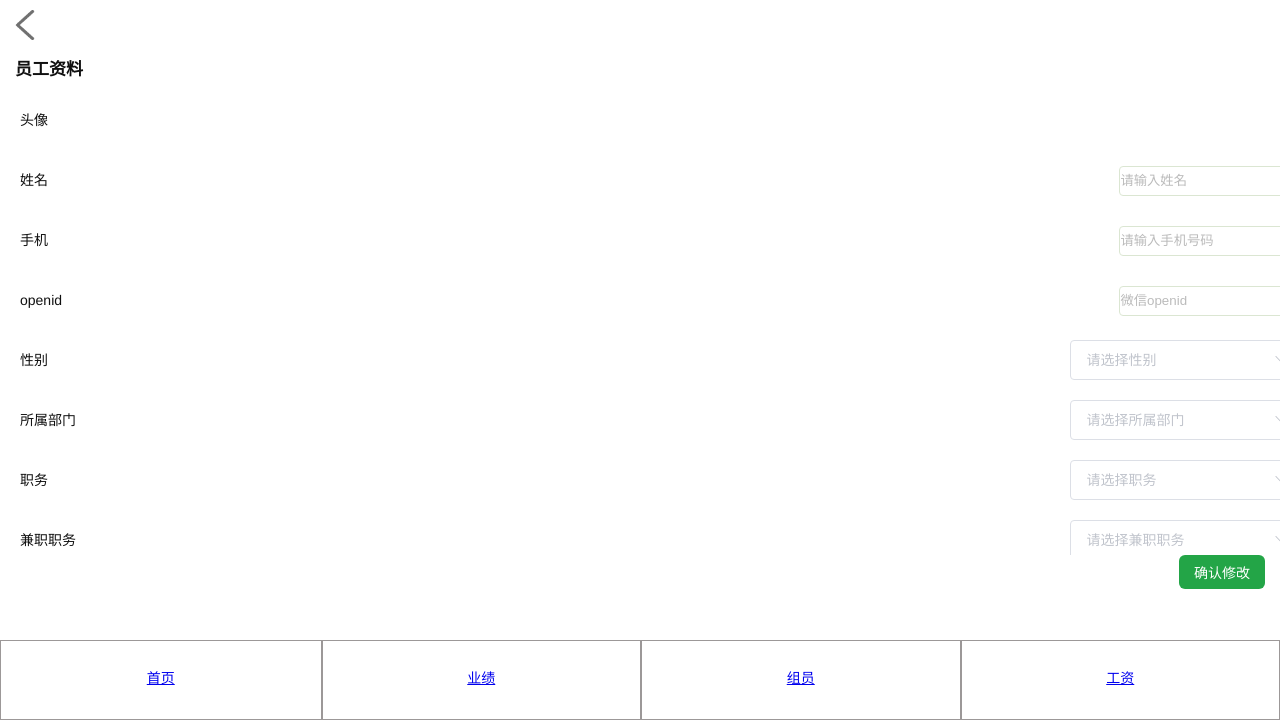
Repository: panlin520-team/lnmj-staffH5
Page: /#/homepage
An editor plug-in stored every save of this project. The page is shown before and after the next save, followed by the edit.
The browser window is 1280 px wide. The pictures show the whole page.
An inner scrolling area shows only its first screen. The project was rebuilt for these pictures with package versions that can differ from the ones it lists, and the page was loaded fresh each time. Also part of the build but not shown: src/views/Lojin.vue.

Above is the page before, as saved 2020-04-08 15:48:51.

After the next save:
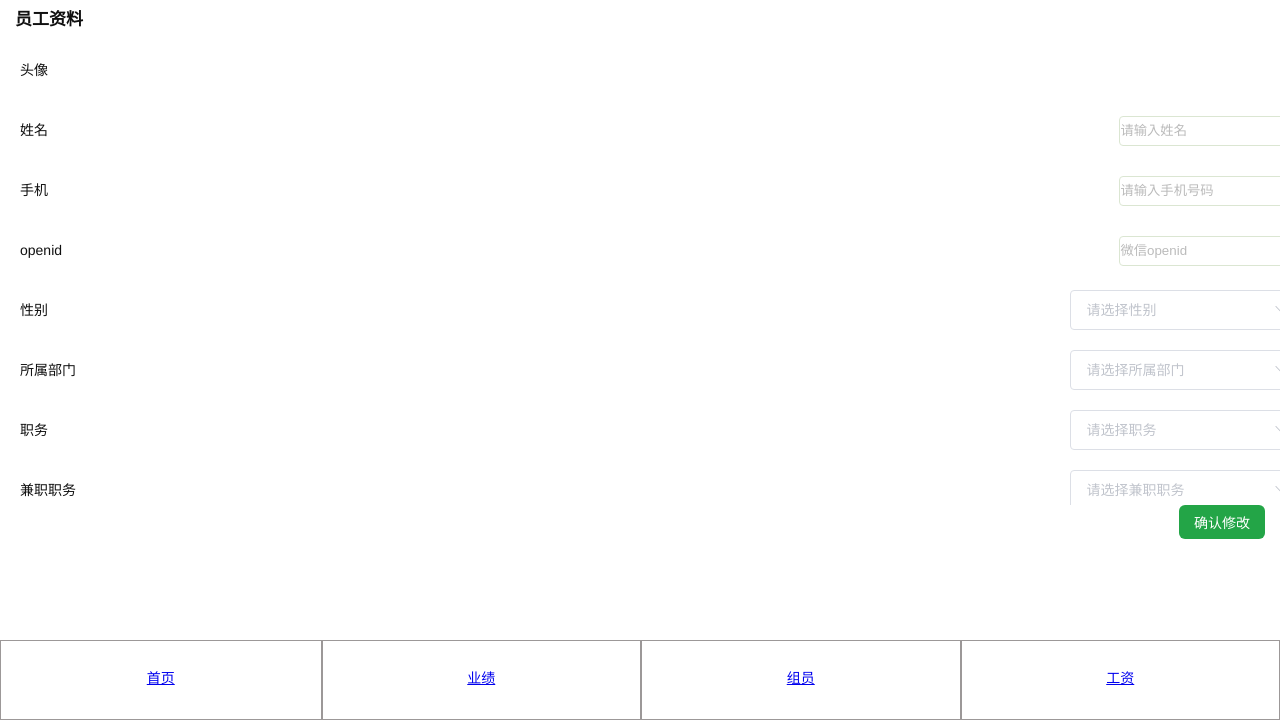
Saved 32 s later.
--- a/src/views/Homepage.vue
+++ b/src/views/Homepage.vue
@@ -1,9 +1,6 @@
  <!--登录首页-->
 <template>
   <div class="homepage">
-    <div class="imgs" @click="returnLojin">
-      <img src="../assets/images/icon-left.png" alt />
-    </div>
     <!-- 中间 -->
     <div class="content">
       <div class="top" slot="top">
